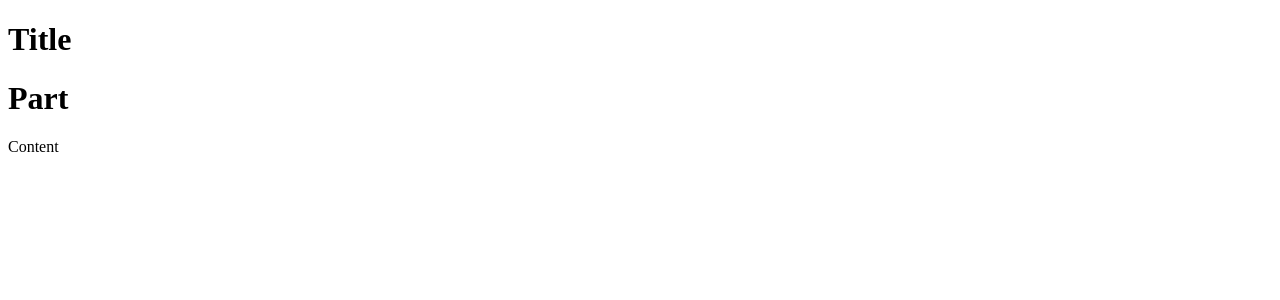
Repository: VikaChyhrynets/javascript
Page: index.html
An editor plug-in stored every save of this project. The page is shown before and after the next save, followed by the edit.
The browser window is 1280 px wide. The pictures show the whole page.

Above is the page before, as saved 2023-07-16 11:15:22.

### index.html
<!DOCTYPE html>
<html lang="en">
<head>
    <meta charset="UTF-8">
    <meta http-equiv="X-UA-Compatible" content="IE=edge">
    <meta name="viewport" content="width=device-width, initial-scale=1.0">
    <title>Lesson 1</title>
</head>
<body>
    <h1>Title</h1>
    <div>
        <h1>Part</h1>
        <p>Content</p>
    </div>
    <script src="events/events.js"></script>
</body>
</html>

### events/events.js
'use strict'
// 1
/*
<body>
    <button type = 'button' onclick="console.log(Date())">Date</button>
    <script src="events/events.js"></script>
</body>
*/


// 2
/*
<body>
    <input type = 'text' id = 'number1'>
    <input type = 'text' id = 'number2'>
    <div id="answer"></div>
    <button type ='button' onclick="sum()">Count</button>
    <script src="events/events.js"></script>
</body>

function sum() {
    // знак + означает, что мы берем value, не переведенное в Стринг
    const number1 = +document.querySelector('#number1').value;
    const number2 = +document.querySelector('#number2').value;
    const sum = number1 + number2;
    document.querySelector('#answer').textContent = sum;
}
*/


// 3
/* function changeColor() {
    document.body.style.backgroundColor = `rgb(${Math.round(Math.random()*255)},
    rgb(${Math.round(Math.random()*255)}, rgb(${Math.round(Math.random()*255)})`;
}
document.onclick = changeColor; */


// 4
/* function message() {
    // this - обращаемся к кнопке для которой вызван обработчик
    console.log(this.textContent);
}
// получим кнопки и сохраним ссылки на них в переменну btns
const btns = document.querySelectorAll('button');
// переберем кнопки и добавим к ним обработчик, используя onclick
btns.forEach(function(element) {
    element.onclick = message;
}); */


// 5
/* function changeBgColor() {
    document.body.style.backgroundColor = '#3f51b5';
}
document.addEventListener('click', changeBgColor, false);
// document.removeEventListener('click', changeBgColor, false); */


// 6
/* document.querySelector('.dropdown__trigger').onclick = function () {
    this.closest('.dropdown').classList.toggle('show');
} */
// Element.closest() возвращает ближайший родительский элемент (или сам элемент)
// который соответствует заданному css-селектору или null, если таких элементов вообще нет

// Свойство classДist возвращает псевдомассив DOMTokenList, содержащий все классы элемента


// DOM

### JS 6/events.js
'use strict'
// 1
/*
<body>
    <button type = 'button' onclick="console.log(Date())">Date</button>
    <script src="events/events.js"></script>
</body>
*/


// 2
/*
<body>
    <input type = 'text' id = 'number1'>
    <input type = 'text' id = 'number2'>
    <div id="answer"></div>
    <button type ='button' onclick="sum()">Count</button>
    <script src="events/events.js"></script>
</body>

function sum() {
    // знак + означает, что мы берем value, не переведенное в Стринг
    const number1 = +document.querySelector('#number1').value;
    const number2 = +document.querySelector('#number2').value;
    const sum = number1 + number2;
    document.querySelector('#answer').textContent = sum;
}
*/


// 3
/* function changeColor() {
    document.body.style.backgroundColor = `rgb(${Math.round(Math.random()*255)},
    rgb(${Math.round(Math.random()*255)}, rgb(${Math.round(Math.random()*255)})`;
}
document.onclick = changeColor; */


// 4
/* function message() {
    // this - обращаемся к кнопке для которой вызван обработчик
    console.log(this.textContent);
}
// получим кнопки и сохраним ссылки на них в переменну btns
const btns = document.querySelectorAll('button');
// переберем кнопки и добавим к ним обработчик, используя onclick
btns.forEach(function(element) {
    element.onclick = message;
}); */


// 5
/* function changeBgColor() {
    document.body.style.backgroundColor = '#3f51b5';
}
document.addEventListener('click', changeBgColor, false);
// document.removeEventListener('click', changeBgColor, false); */


// 6
/* document.querySelector('.dropdown__trigger').onclick = function () {
    this.closest('.dropdown').classList.toggle('show');
} */
// Element.closest() возвращает ближайший родительский элемент (или сам элемент)
// который соответствует заданному css-селектору или null, если таких элементов вообще нет

// Свойство classДist возвращает псевдомассив DOMTokenList, содержащий все классы элемента


// DOM

After the next save:
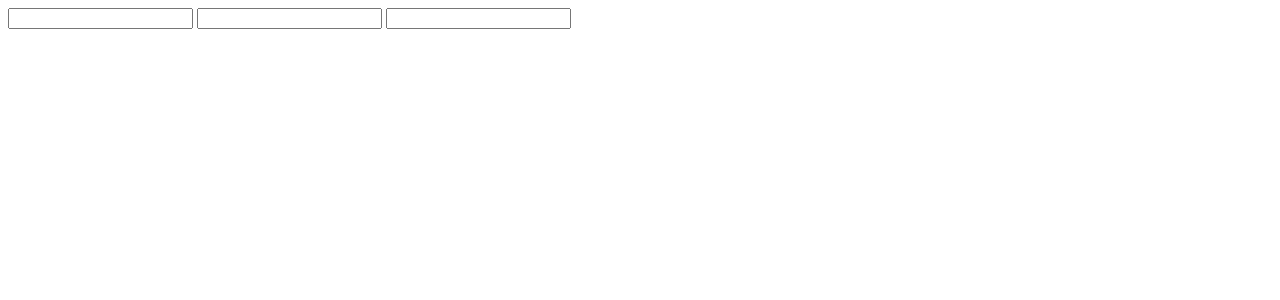
Saved 97 min 17 s later.
--- a/index.html
+++ b/index.html
@@ -7,11 +7,10 @@
     <title>Lesson 1</title>
 </head>
 <body>
-    <h1>Title</h1>
-    <div>
-        <h1>Part</h1>
-        <p>Content</p>
-    </div>
-    <script src="events/events.js"></script>
+    <input type="text">
+    <input type="text">
+    <input type="text">
+    <p id="test"></p>
+    <script src="JS 6/events.js"></script>
 </body>
 </html>
